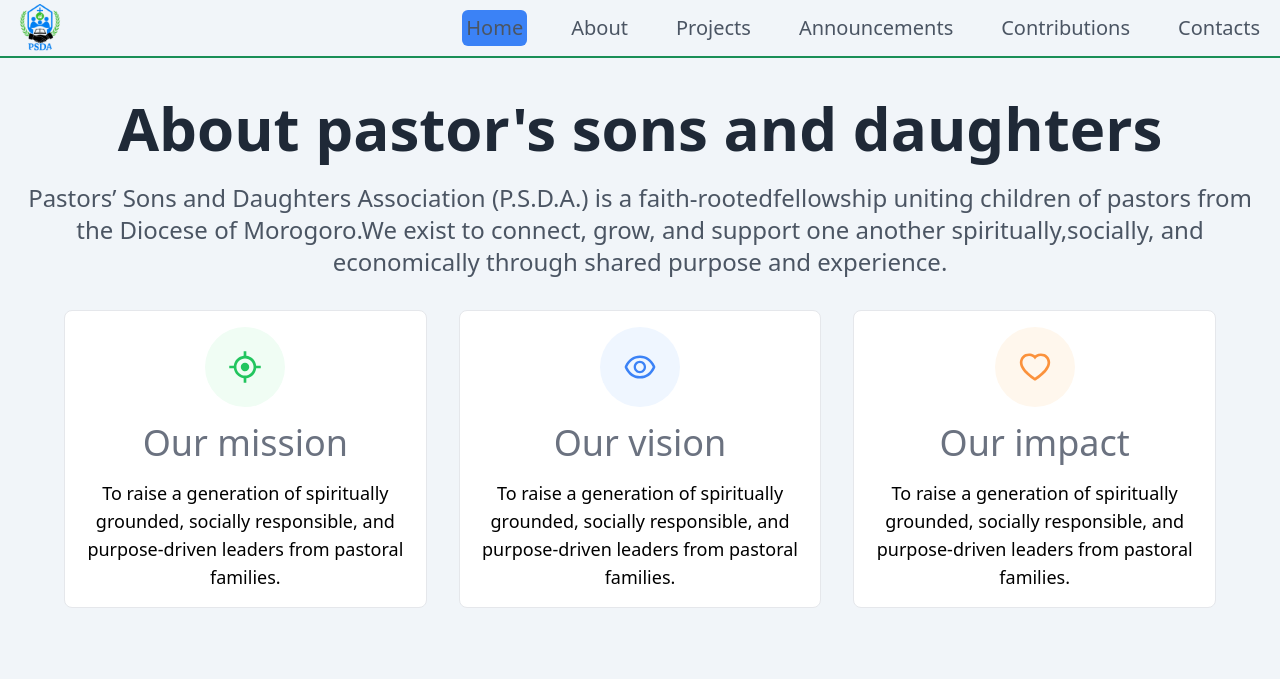
Repository: Zedestar/psda
Page: /about
These files come from the project's save history. The page is drawn as it stood at one moment and after the next save; the edit follows.
The browser window is 1280 px wide. The pictures show the whole page.
The project was rebuilt for these pictures with package versions that can differ from the ones it lists, and the page was loaded fresh each time. Also part of the build but not shown: src/pages/home/home.jsx, src/pages/projects/projects.jsx, src/pages/announcements/announcements.jsx, src/pages/contirbutions/contributions.jsx, src/pages/contacts/contacts.jsx.

Above is the page before, as saved 2025-07-18 20:30:19.

After the next save:
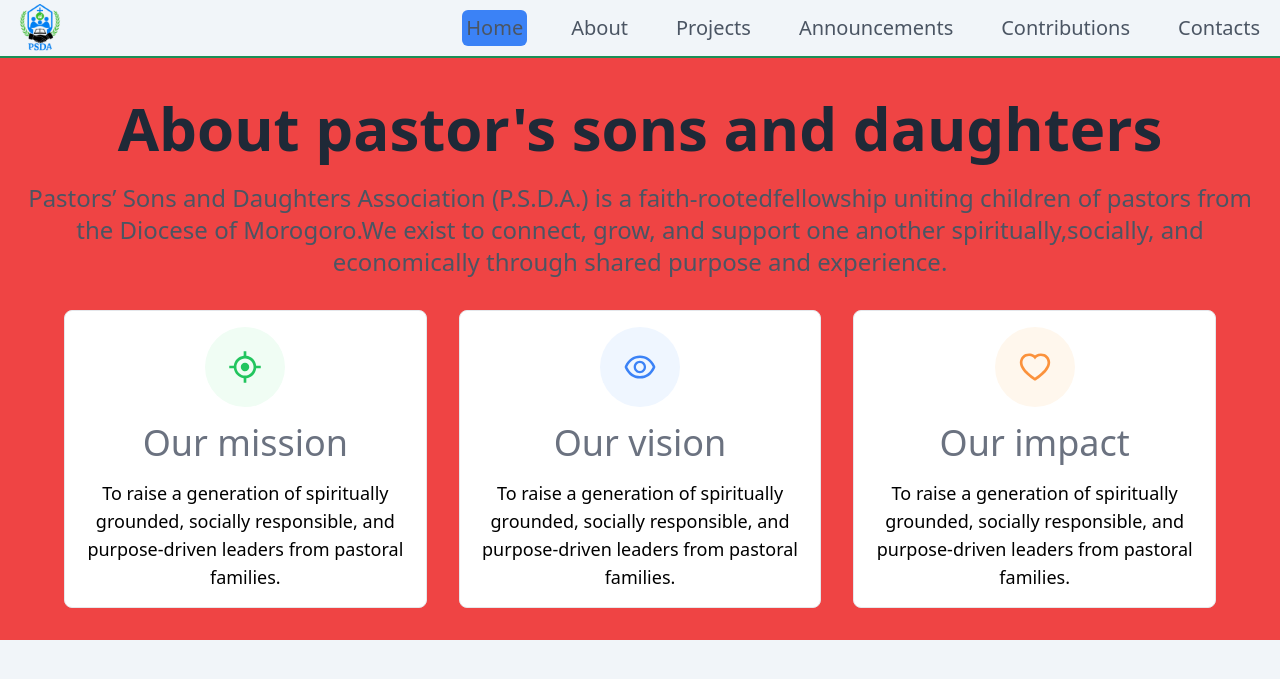
Saved 13 s later.
--- a/src/pages/about/about.jsx
+++ b/src/pages/about/about.jsx
@@ -4,7 +4,7 @@ import mission_vission_impact_data from "./mission-vission-impact";
 function AboutPage() {
   return (
     <div className="w-full flex">
-      <div className="w-full h-full py-5 max-w-screen-2xl flex flex-col items-center">
+      <div className="w-full h-full py-5 max-w-screen-2xl flex flex-col items-center bg-red-500">
         <div className="flex flex-col m-5 space-y-6">
           <p className="text-center text-6xl font-semibold text-gray-800">
             About pastor's sons and daughters
